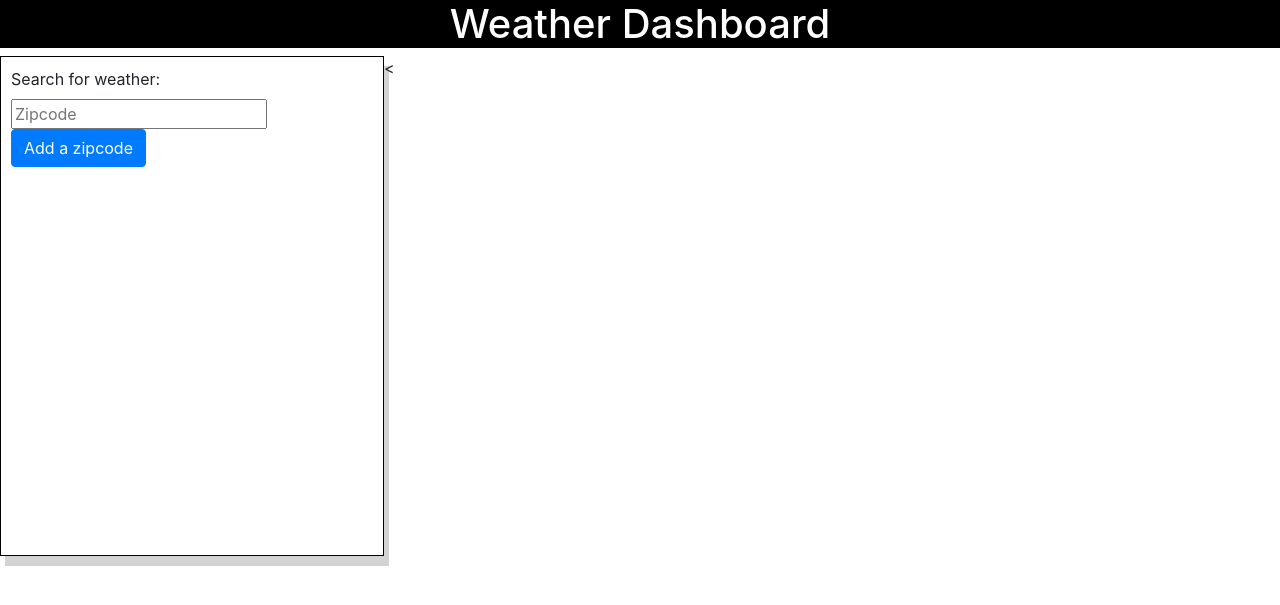
Repository: s88leigh/Weather-Dashboard
Page: index.html
These files come from the project's save history. The page is drawn as it stood at one moment and after a run of saves; the edit follows.
The browser window is 1280 px wide. The pictures show the whole page.

Above is the page before, as saved 2019-10-30 20:25:31.

### index.html
<!DOCTYPE html>
<html lang="en">
<head>
    <meta charset="UTF-8">
    <meta name="viewport" content="width=device-width, initial-scale=1.0">
    <meta http-equiv="X-UA-Compatible" content="ie=edge">
    <link rel="stylesheet" href="https://stackpath.bootstrapcdn.com/bootstrap/4.3.1/css/bootstrap.min.css" integrity="sha384-ggOyR0iXCbMQv3Xipma34MD+dH/1fQ784/j6cY/iJTQUOhcWr7x9JvoRxT2MZw1T" crossorigin="anonymous">
    <link rel="stylesheet" href="style.css">
    <title>Weather Dashboard</title>
</head>
<body>

    <div id="box">
        <h1>Weather Dashboard</h1>
    </div>

    <div id="left-box">
        <form id="weather-form">
            <label for="weather-input">Search for weather:</label>
            <br>
            <input type="text" id="movie-input" placeholder="Zipcode">

            <!-- Button will trigger new zipcode to be added -->
            <input id="add zipcode" class="btn btn-primary mb-2" type="submit" value="Add a zipcode">
        </form>

        <div id="zipcode-view"></div>
    </div>

    <





</body>
</html>

### style.css


h1 {
    color: white;
    text-align: center;
    background-color: black;
}
#left-box {
    float: left;
    width: 30%;
    height: 500px;
    border: 1px solid black;
    padding: 10px;
    box-shadow: 5px 10px lightgray;


}
#right-box {
    float: left;
    width: 70%;
    height: 500px;
    border: 1px solid black;
    padding: 10px;
    box-shadow: 5px 10px lightgray;
}

After the next 5 saves:
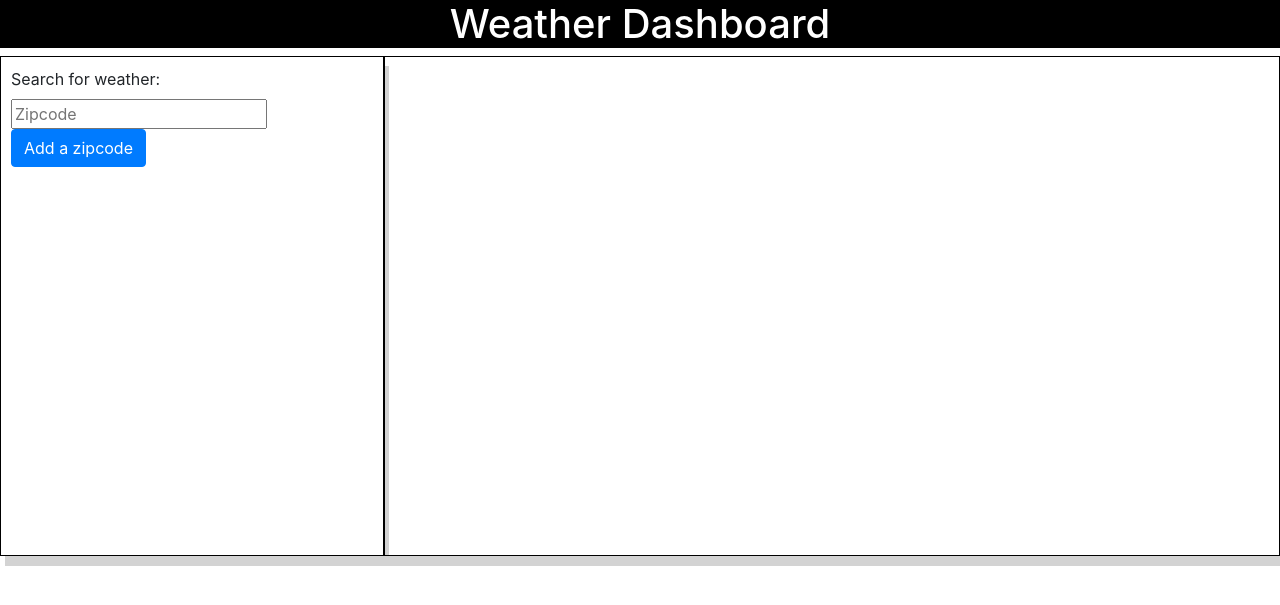
The 5 saves are shown as one change because they came seconds apart.
The last was saved 12 s later.
--- a/index.html
+++ b/index.html
@@ -27,7 +27,7 @@
         <div id="zipcode-view"></div>
     </div>
 
-    <
+    <div id="right-box"
 
 
 
